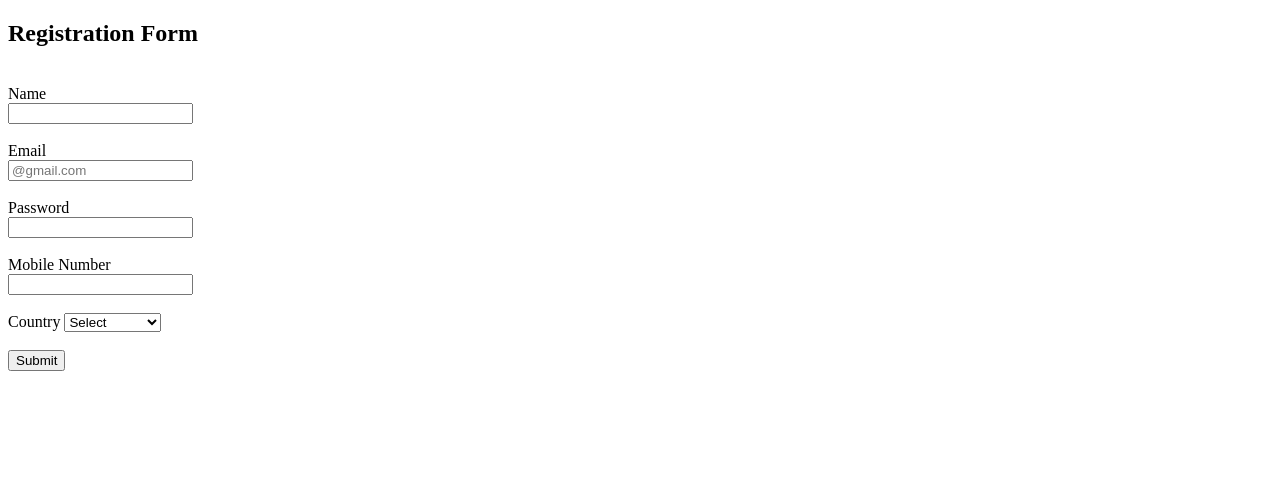
Repository: Abhishek1061/Travel_Booking_Application
Page: http://localhost/register
The author's editor kept a copy of each file at every save. The page is drawn from the files as they stood at one save, then again after the next save.
The browser window is 1280 px wide. The pictures show the whole page.
The page is this project's Thymeleaf template; nobody is signed in. The template is opened directly, without the code that normally fills it, so the values that code supplies are empty.

Above is the page before, as saved 2024-02-27 11:20:42.

### Pravass/src/main/resources/templates/register.html
<!DOCTYPE html>
<html>
<head>
<meta charset="UTF-8">
<title>Insert title here</title>
</head>
<body>
	<form action="home" method="post">
		<h2>Registration Form</h2>
		<br> <label for="name">Name</label><br> <input type="text"
			id="name" name="name" pattern="[A-Za-z]+"><br> <br>
		<label for="email">Email</label><br> <input type="email"
			name="email" id="email" placeholder="@gmail.com"><br> <br>
		<label for="password">Password</label><br> <input type="password"
			id="password" name="password" min="8" maxlength="15"> <br>
		<br> <label for="contact">Mobile Number</label><br> <input
			type="tel" name="contact" id="contact" min="0" maxlength="13">
		<br>
		<br> <label for="country">Country</label> <select id="country"
			name="country">
			<option value="select">Select</option>
			<option value="India">India</option>
			<option value="USA">USA</option>
			<option value="Japan">Japan</option>
			<option value="Neitherland">Neitherland</option>
			<option value="Nepal">Nepal</option>
			<option value="Austrelia">Austrelia</option>
			<option value="Brazil">Brazil</option>
			<option value="Itely">Brazil</option>
			<option value="France">France</option>
			<option value="South Korea">South Korea</option>
			<option value="Taiwan">Taiwan</option>
			<option value="ShriLanka">ShriLanka</option>
		</select> <br> <br> <input type="submit" value="Submit">
	</form>
</body>
</html>

After the next save:
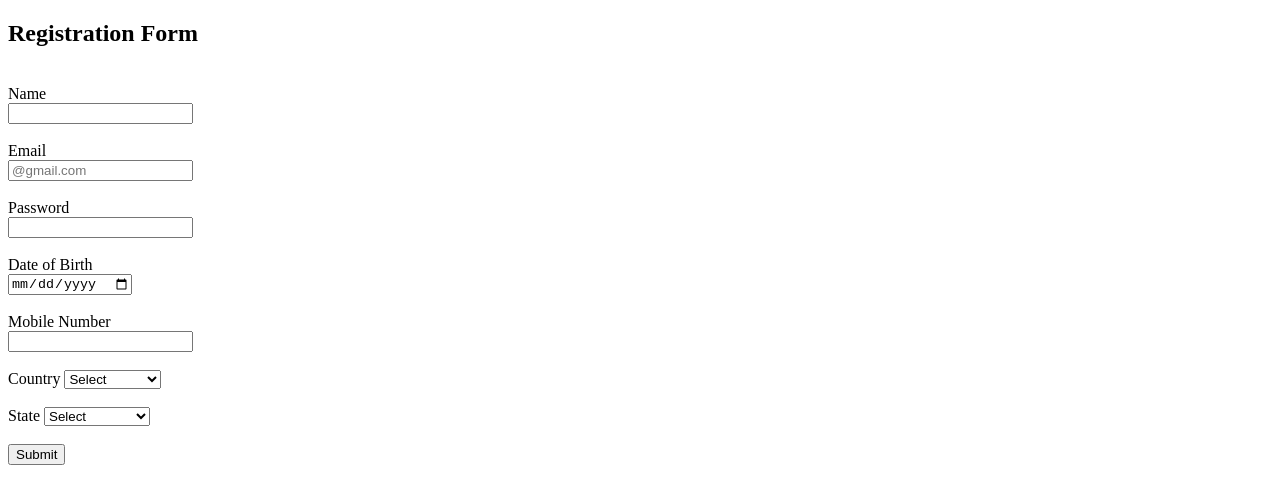
Saved 25 min 33 s later.
--- a/Pravass/src/main/resources/templates/register.html
+++ b/Pravass/src/main/resources/templates/register.html
@@ -3,16 +3,22 @@
 <head>
 <meta charset="UTF-8">
 <title>Insert title here</title>
+<style>
+
+</style>
 </head>
 <body>
 	<form action="home" method="post">
-		<h2>Registration Form</h2>
+        <div class="container1">
+            <h2>Registration Form</h2>
 		<br> <label for="name">Name</label><br> <input type="text"
 			id="name" name="name" pattern="[A-Za-z]+"><br> <br>
 		<label for="email">Email</label><br> <input type="email"
 			name="email" id="email" placeholder="@gmail.com"><br> <br>
 		<label for="password">Password</label><br> <input type="password"
 			id="password" name="password" min="8" maxlength="15"> <br>
+        <br> <label for="DOB">Date of Birth</label><br> <input type="date"
+			id="DOB" name="DOB" ><br>
 		<br> <label for="contact">Mobile Number</label><br> <input
 			type="tel" name="contact" id="contact" min="0" maxlength="13">
 		<br>
@@ -26,12 +32,23 @@
 			<option value="Nepal">Nepal</option>
 			<option value="Austrelia">Austrelia</option>
 			<option value="Brazil">Brazil</option>
-			<option value="Itely">Brazil</option>
+			<option value="Itely">Itely</option>
 			<option value="France">France</option>
 			<option value="South Korea">South Korea</option>
 			<option value="Taiwan">Taiwan</option>
 			<option value="ShriLanka">ShriLanka</option>
+		</select> <br>
+        <br> <label for="country">State </label> <select id="country"
+			name="country">
+			<option value="select">Select</option>
+			<option value="India">Maharashtra</option>
+			<option value="USA">UP</option>
+			<option value="Japan">Andrapradesh</option>
+			<option value="Neitherland">Panjab</option>
+			<option value="Nepal">Rajasthan</option>
+			<option value="Austrelia">Gujrat</option>
 		</select> <br> <br> <input type="submit" value="Submit">
+        </div>
 	</form>
 </body>
 </html>
